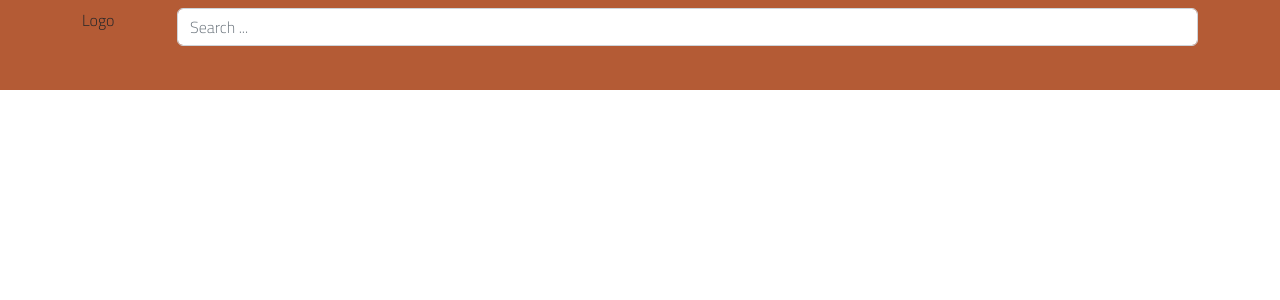
Repository: SD-Mdouka/react-table
Page: /
These files come from the project's save history. The page is drawn as it stood at one moment and after the next save; the edit follows.
The browser window is 1280 px wide. The pictures show the whole page.
The page's requests for data from a server got no answer. The project was rebuilt for these pictures with package versions that can differ from the ones it lists, and the page was loaded fresh each time. No one was signed in, and anything a server would have sent is missing. Also part of the build but not shown: src/react-table-filter/table-list-card/components/CardMovies.tsx.

Above is the page before, as saved 2022-10-15 23:00:30.

After the next save:
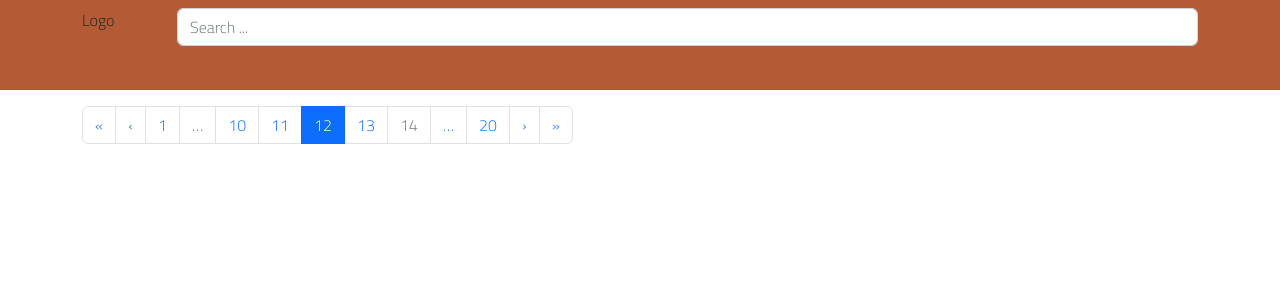
Saved 20 min 37 s later.
--- a/src/react-table-filter/table-list-card/components/CardMoviesList.tsx
+++ b/src/react-table-filter/table-list-card/components/CardMoviesList.tsx
@@ -2,6 +2,7 @@ import { AnyARecord } from "dns";
 import React from "react";
 import { Row } from "react-bootstrap";
 import CardMovies from "./CardMovies";
+import Pageination from "./Pageination";
 
 const CardMoviesList = ({ movies }: any) => {
   return (
@@ -9,6 +10,7 @@ const CardMoviesList = ({ movies }: any) => {
       {movies.map((mov: any) => {
         return <CardMovies mov={mov} />;
       })}
+      <Pageination />
     </Row>
   );
 };
